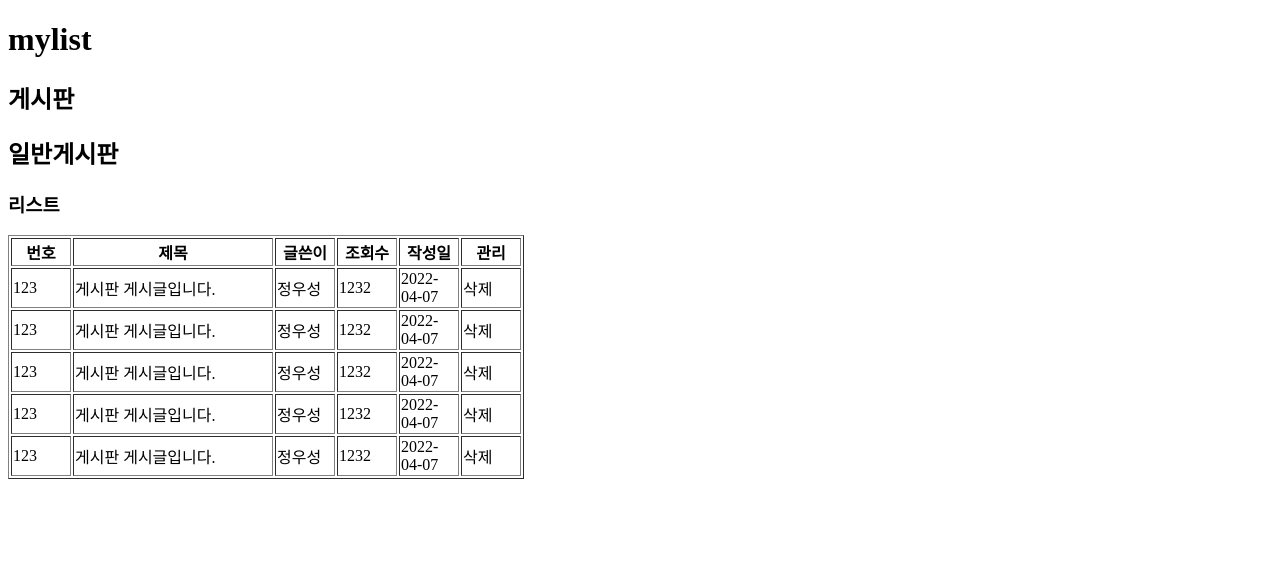
Repository: jeemaru/htme_01
Page: css_02/ex_04.html
The author's editor kept a copy of each file at every save. The page is drawn from the files as they stood at one save, then again after the next save.
The browser window is 1280 px wide. The pictures show the whole page.

Above is the page before, as saved 2022-04-07 03:07:51.

After the next save:
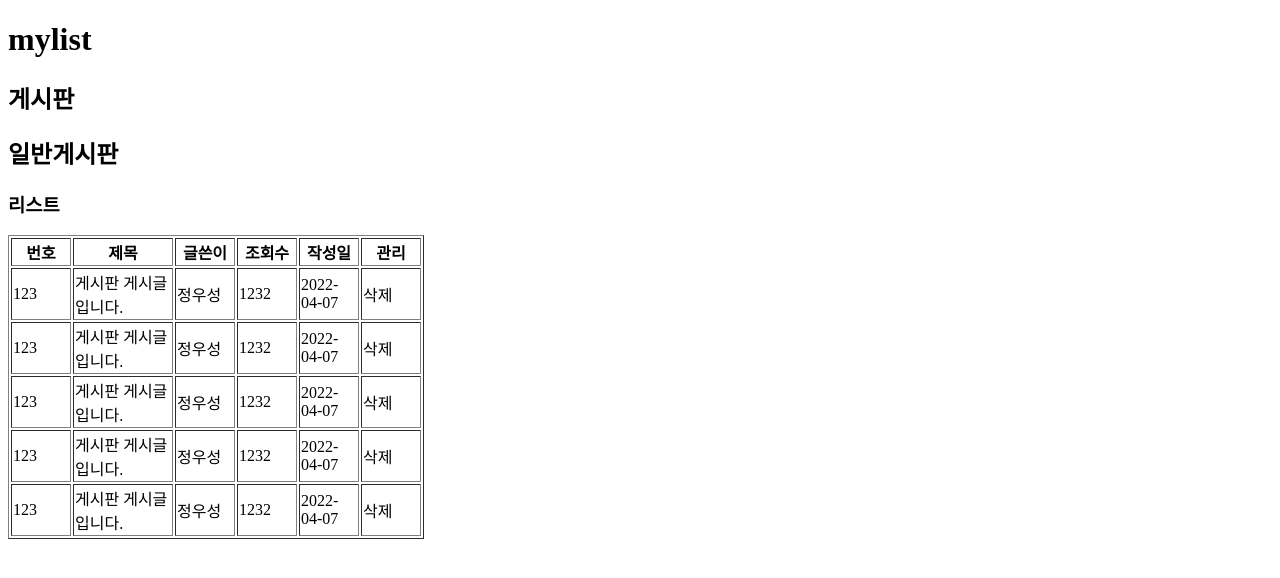
Saved 15 s later.
--- a/css_02/ex_04.html
+++ b/css_02/ex_04.html
@@ -20,7 +20,7 @@
 		<table border="1">
 			<colgroup>
 				<col style="width: 60px;">
-				<col style="width: 200px;">
+				<col style="width: 100px;">
 				<col style="width: 60px;">
 				<col style="width: 60px;">
 				<col style="width: 60px;">
